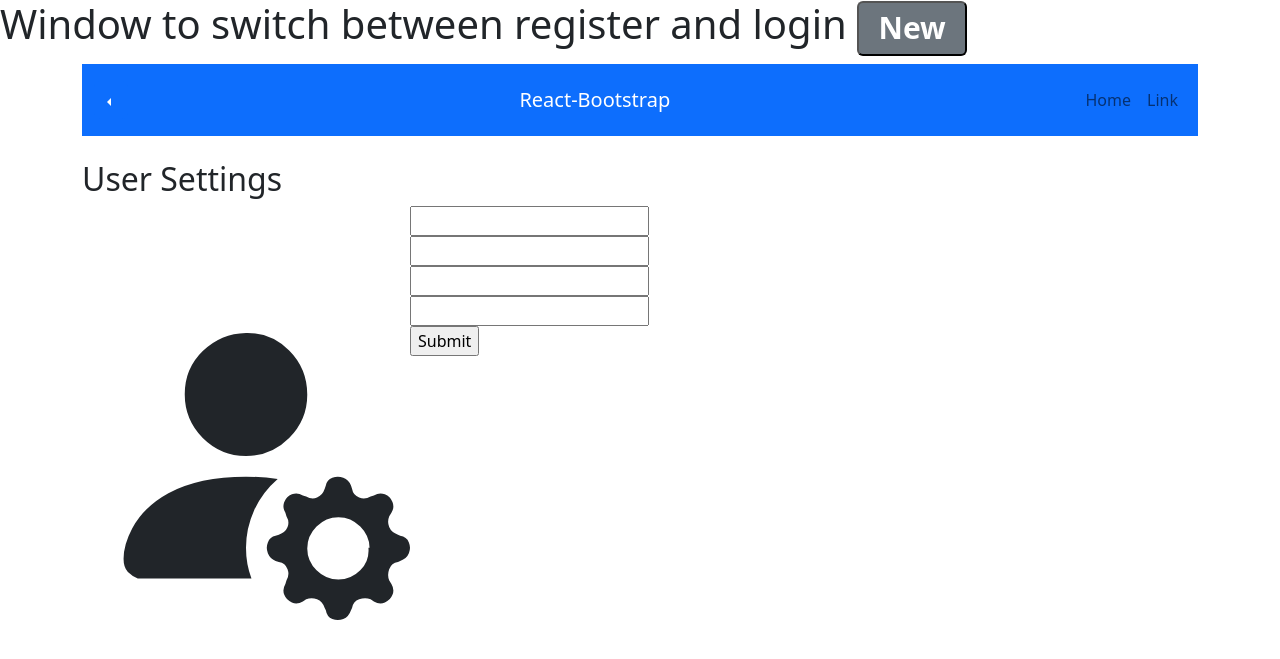
Repository: christenis98/RealWorldApp
Page: / (app in bank-frontend/)
These files come from the project's save history. The page is drawn as it stood at one moment and after the next save; the edit follows.
The browser window is 1280 px wide. The pictures show the whole page.
The project was rebuilt for these pictures with package versions that can differ from the ones it lists, and the page was loaded fresh each time. Also part of the build but not shown: bank-frontend/src/App.css.

Above is the page before, as saved 2022-11-24 12:46:51.

After the next save:
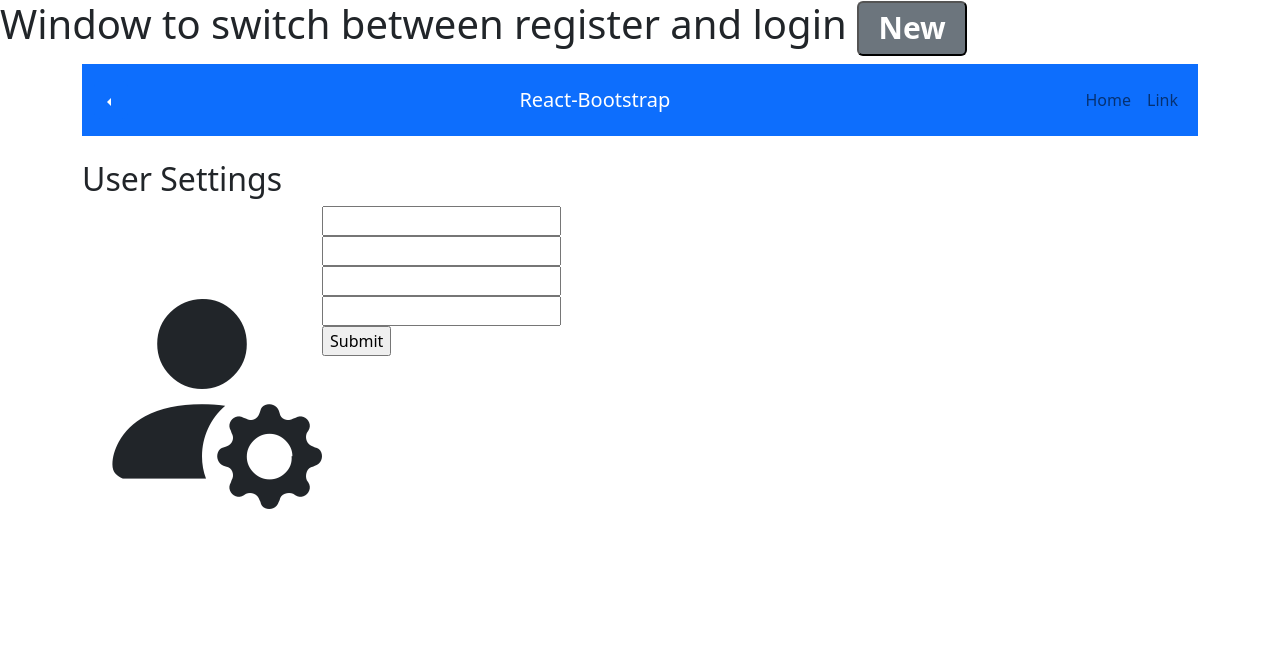
Saved 4 min 41 s later.
--- a/bank-frontend/src/js/UserSettings.jsx
+++ b/bank-frontend/src/js/UserSettings.jsx
@@ -9,7 +9,7 @@ function UserSettings() {
 
             <div className="d-flex flex-row bd-highlight">
                 <div className='d-flex flex-column'>
-                    <i className="bi bi-person-fill-gear" style={{ fontSize: "2050%" }}></i>
+                    <i className="bi bi-person-fill-gear" style={{ fontSize: "1500%" }}></i>
                 </div>
 
                 <div className='d-flex flex-column'>
